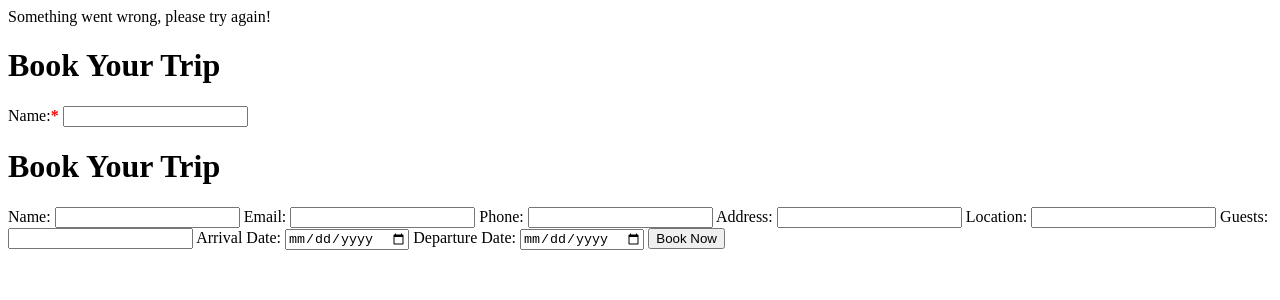
Repository: tanya2468/travel_agency
Page: http://localhost/book_form.php
The author's editor kept a copy of each file at every save. The page is drawn from the files as they stood at one save, then again after the next save.
The browser window is 1280 px wide. The pictures show the whole page.
The page is run by PHP 8.4 with error messages shown; the project is at /var/www/html/.

Above is the page before, as saved 2024-11-12 19:24:24.

### book_form.php
<?php
include 'config.php';

// Check if form data has been submitted
if (isset($_POST['send'])) {
    // Collect form data and sanitize
    $name = mysqli_real_escape_string($conn, $_POST['name']);
    $email = mysqli_real_escape_string($conn, $_POST['email']);
    $phone = mysqli_real_escape_string($conn, $_POST['phone']);
    $address = mysqli_real_escape_string($conn, $_POST['address']);
    $location = mysqli_real_escape_string($conn, $_POST['location']);
    $guests = mysqli_real_escape_string($conn, $_POST['guests']);
    $arrivals = mysqli_real_escape_string($conn, $_POST['arrivals']);
    $leaving = mysqli_real_escape_string($conn, $_POST['leaving']);

    // SQL query to insert data into the table
    $request = "INSERT INTO book_form (name, email, phone, address, location, guests, arrivals, leaving)
                VALUES ('$name', '$email', '$phone', '$address', '$location', '$guests', '$arrivals', '$leaving')";

    // Execute the query and check for success
    if (mysqli_query($conn, $request)) {
        header('Location: book.php'); // Redirect on successful insert
    } else {
        echo "<script>alert('Oops! Something went wrong. Please try again.');</script>";
    }
} else {
    echo 'Something went wrong, please try again!';
}

// Close the connection
mysqli_close($conn);
?>
<!DOCTYPE html>
<html>
<head>
    <meta charset="UTF-8">
    <title>Book Form</title>
    <style>
        .required {
            color: red;
            font-weight: bold;
        }
    </style>
</head>
<body>
    <h1>Book Your Trip</h1>
    <form action="" method="POST">
        <label for="name">Name:<span class="required">*</span></label>
        <input type="text" id="name" name="name" required>


    <h1>Book Your Trip</h1>
    <form action="" method="POST">
        <label for="name">Name:</label>
        <input type="text" id="name" name="name" required>

        <label for="email">Email:</label>
        <input type="email" id="email" name="email" required>

        <label for="phone">Phone:</label>
        <input type="tel" id="phone" name="phone" required>

        <label for="address">Address:</label>
        <input type="text" id="address" name="address" required>

        <label for="location">Location:</label>
        <input type="text" id="location" name="location" required>

        <label for="guests">Guests:</label>
        <input type="number" id="guests" name="guests" required>

        <label for="arrivals">Arrival Date:</label>
        <input type="date" id="arrivals" name="arrivals" required>

        <label for="leaving">Departure Date:</label>
        <input type="date" id="leaving" name="leaving" required>

        <button type="submit" name="send">Book Now</button>
    </form>
</body>
</html>

### config.php
<?php
$server = "localhost";
$user = "root";
$pass = "";
$database = "book_db";

$conn = mysqli_connect($server, $user, $pass, $database);

if (!$conn) {
    die("<script>alert('Connection Failed.')</script>");
}
?>

After the next save:
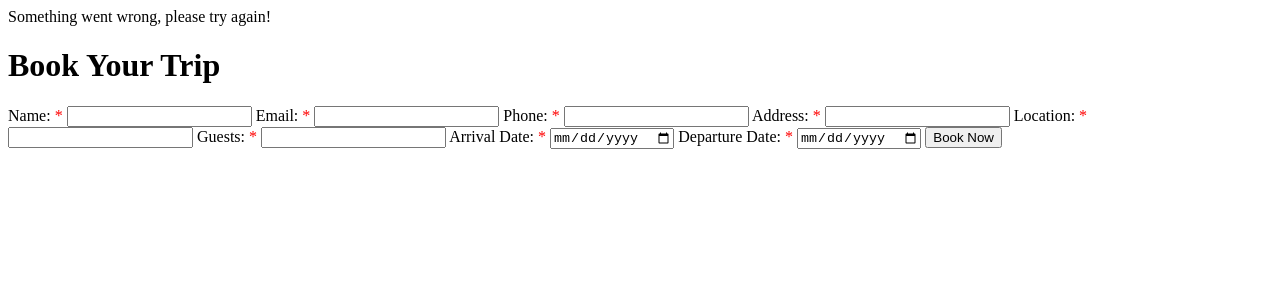
Saved 2 min 48 s later.
--- a/book_form.php
+++ b/book_form.php
@@ -30,49 +30,44 @@ if (isset($_POST['send'])) {
 // Close the connection
 mysqli_close($conn);
 ?>
+
 <!DOCTYPE html>
 <html>
 <head>
     <meta charset="UTF-8">
     <title>Book Form</title>
     <style>
-        .required {
+        .required::after {
+            content: " *";
             color: red;
-            font-weight: bold;
         }
     </style>
 </head>
 <body>
     <h1>Book Your Trip</h1>
     <form action="" method="POST">
-        <label for="name">Name:<span class="required">*</span></label>
+        <label for="name" class="required">Name:</label>
         <input type="text" id="name" name="name" required>
 
-
-    <h1>Book Your Trip</h1>
-    <form action="" method="POST">
-        <label for="name">Name:</label>
-        <input type="text" id="name" name="name" required>
-
-        <label for="email">Email:</label>
+        <label for="email" class="required">Email:</label>
         <input type="email" id="email" name="email" required>
 
-        <label for="phone">Phone:</label>
+        <label for="phone" class="required">Phone:</label>
         <input type="tel" id="phone" name="phone" required>
 
-        <label for="address">Address:</label>
+        <label for="address" class="required">Address:</label>
         <input type="text" id="address" name="address" required>
 
-        <label for="location">Location:</label>
+        <label for="location" class="required">Location:</label>
         <input type="text" id="location" name="location" required>
 
-        <label for="guests">Guests:</label>
+        <label for="guests" class="required">Guests:</label>
         <input type="number" id="guests" name="guests" required>
 
-        <label for="arrivals">Arrival Date:</label>
+        <label for="arrivals" class="required">Arrival Date:</label>
         <input type="date" id="arrivals" name="arrivals" required>
 
-        <label for="leaving">Departure Date:</label>
+        <label for="leaving" class="required">Departure Date:</label>
         <input type="date" id="leaving" name="leaving" required>
 
         <button type="submit" name="send">Book Now</button>
